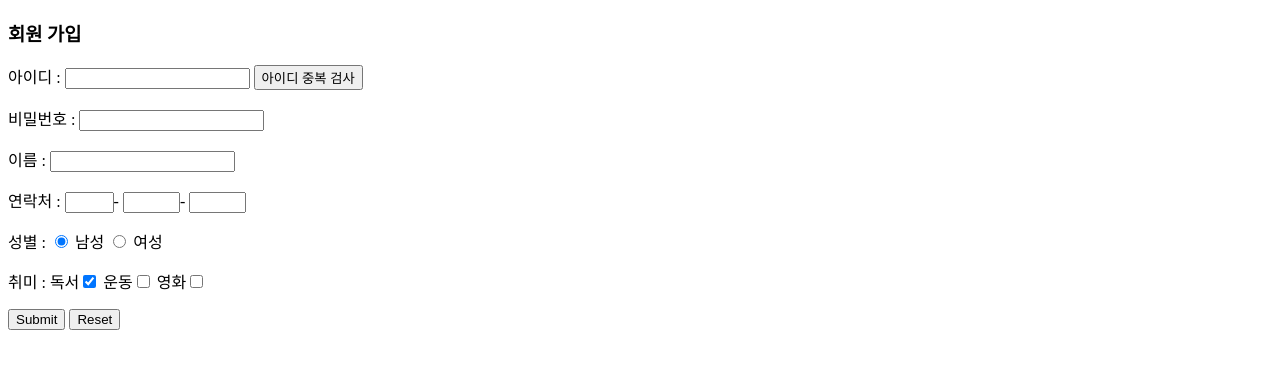
Repository: freedomseok8047/jsp
Page: http://localhost/JSPBook/ch06/form01.jsp
The author's editor kept a copy of each file at every save. The page is drawn from the files as they stood at one save, then again after the next save.
The browser window is 1280 px wide. The pictures show the whole page.
The page is served by Tomcat 9. Other server files are loaded and not shown.

Above is the page before, as saved 2023-08-25 07:00:48.

### JSPBook/src/main/webapp/ch06/form01.jsp
<%@ page language="java" contentType="text/html; charset=UTF-8"
	pageEncoding="UTF-8"%>
<!DOCTYPE html>
<html>
<head>
<meta charset="UTF-8">
<title>Insert title here</title>
</head>
<body>
	<h3>회원 가입</h3>
	<form action="#" name="member" method="post">
		<p>
			아이디 : <input type="text" name="id">
					<input type="button" value="아이디 중복 검사">
		<p>
			비밀번호 : <input type="password" name="pw">
		<p>
			이름 : <input type="text" name="name">
		<p>
			연락처 : <input type="text" maxlength="3" size="3" name="phone1">-
			<input type="text" maxlength="4" size="4" name="phone2">- <input
				type="text" maxlength="4" size="4" name="phone3">
		<p>
			성별 : <input type="radio" name="sex" value="남성" checked> 남성 <input
				type="radio" name="sex" valeu="여성"> 여성
		</p>
		<p>
			취미 : 독서<input type="checkbox" name="hobby1" checked>
				  운동<input type="checkbox" name="hobby2">
				  영화<input type="checkbox" name="hobby3">
		<p>
			<input type="submit" name="가입하기"> <input type="reset"
				name="다시 쓰기">
	</form>
</body>
</html>

After the next save:
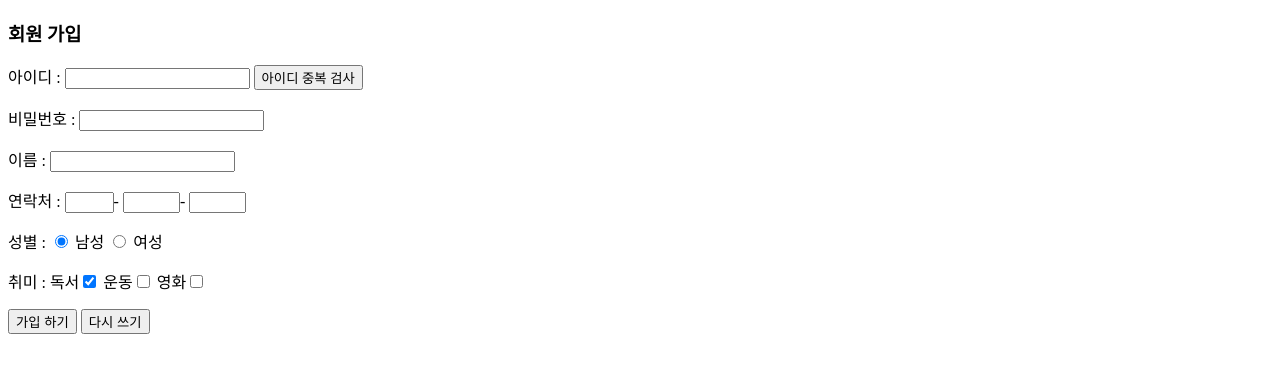
Saved 77 s later.
--- a/JSPBook/src/main/webapp/ch06/form01.jsp
+++ b/JSPBook/src/main/webapp/ch06/form01.jsp
@@ -29,8 +29,8 @@
 				  운동<input type="checkbox" name="hobby2">
 				  영화<input type="checkbox" name="hobby3">
 		<p>
-			<input type="submit" name="가입하기"> <input type="reset"
-				name="다시 쓰기">
+			<input type="submit" value ="가입 하기">
+			<input type="reset"  value="다시 쓰기">
 	</form>
 </body>
 </html>
